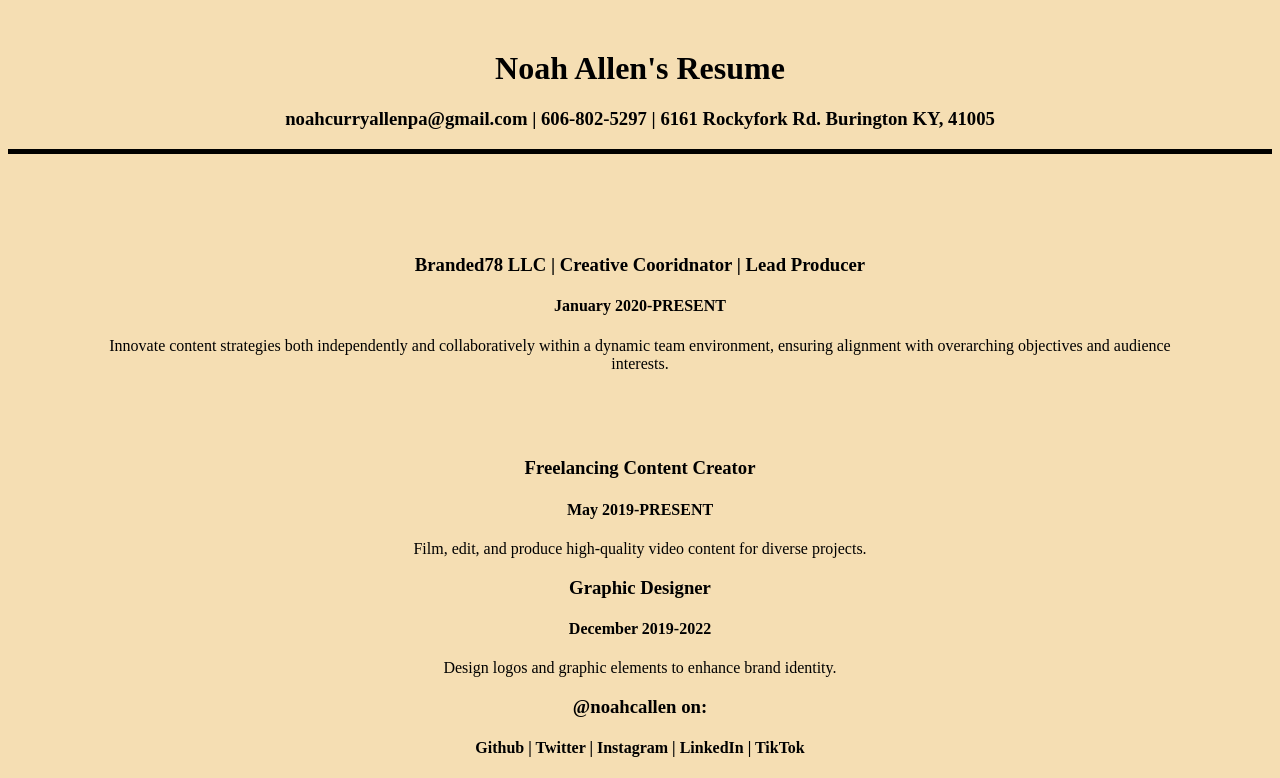
Repository: noahcallen/LAB-HTML-Resume
Page: index.html
These files come from the project's save history. The page is drawn as it stood at one moment and after the next save; the edit follows.
The browser window is 1280 px wide. The pictures show the whole page.

Above is the page before, as saved 2024-07-08 21:48:11.

After the next save:
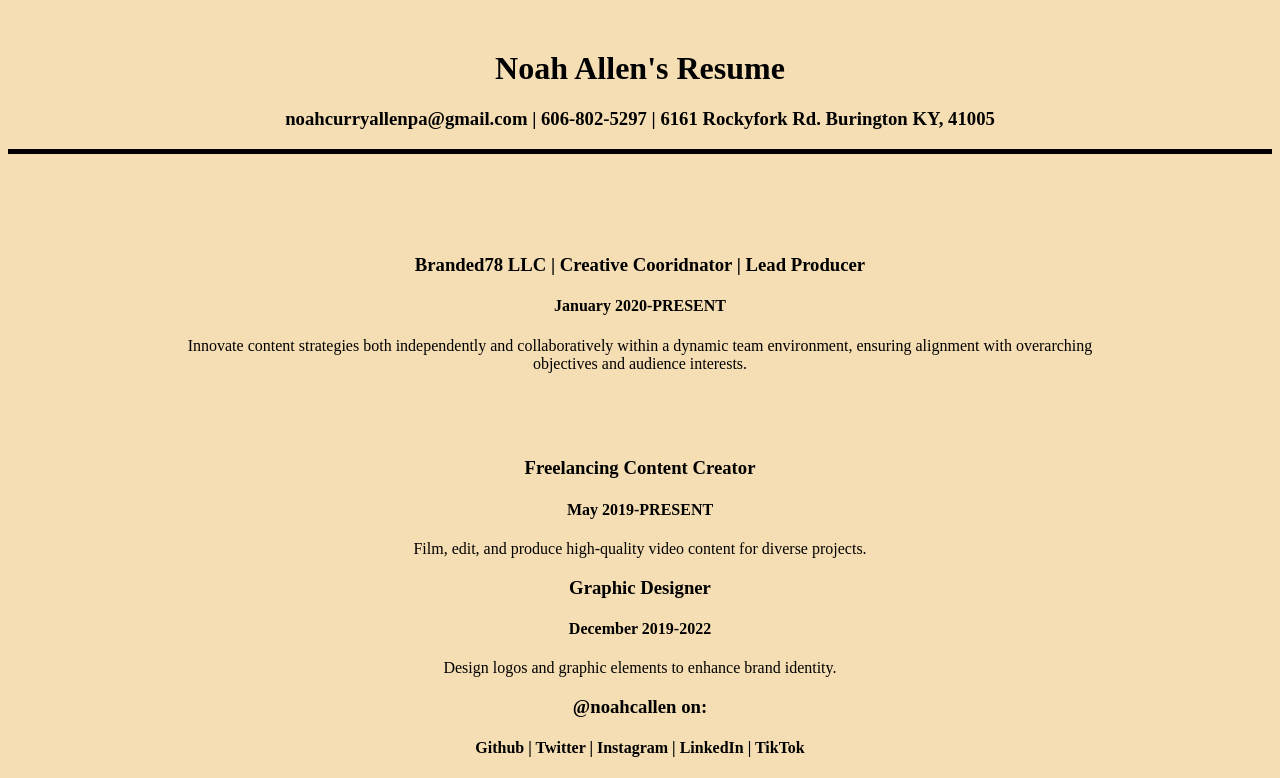
Saved 9 s later.
--- a/main.css
+++ b/main.css
@@ -9,5 +9,5 @@
 }
 
 #Job1 {
-  padding: 0px 100px 50px 100px;
+  padding: 0px 150px 50px 150px;
 }
